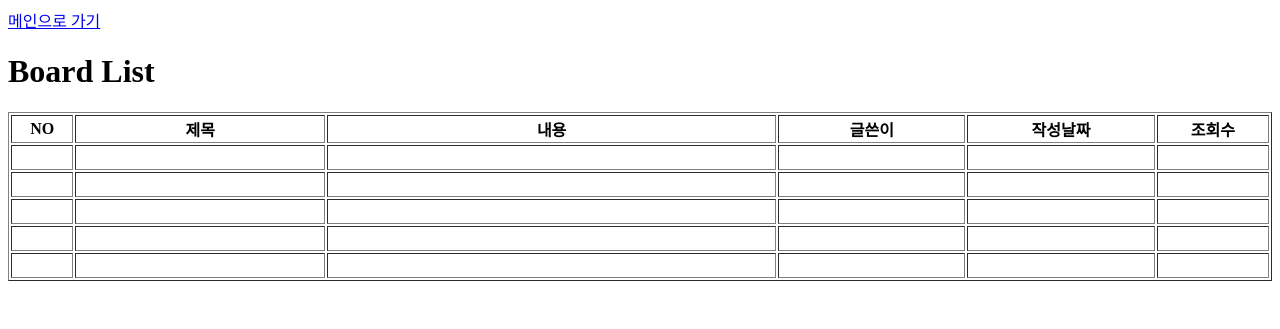
Repository: ByeonYJ/CSSTest
Page: GMSUI/WebContent/board/board_list.html
These files come from the project's save history. The page is drawn as it stood at one moment and after the next save; the edit follows.
The browser window is 1280 px wide. The pictures show the whole page.

Above is the page before, as saved 2017-07-20 09:20:53.

After the next save:
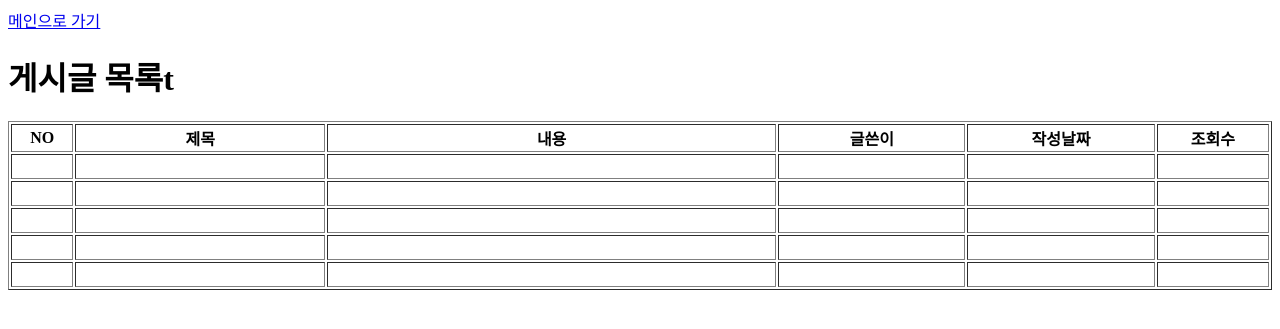
Saved 17 s later.
--- a/GMSUI/WebContent/board/board_list.html
+++ b/GMSUI/WebContent/board/board_list.html
@@ -2,13 +2,13 @@
 <html>
 <head>
 <meta charset="UTF-8">
-<title>Board_List</title>
+<title>게시글 목록</title>
 
 </head>
 <body>
 <div id="wrapper">
 <form action="../index.html"></form><a href="..index.html"class="float-right">메인으로 가기</a><br/></form>
-<h1 class="text-center">Board List</h1>
+<h1 class="text-center">게시글 목록t</h1>
 	<table border=1 class="table-border" style="width: 100%">
 		<tr style="height: 25px;">
 			<th class="text-center" style="width: 5%">NO</th>
